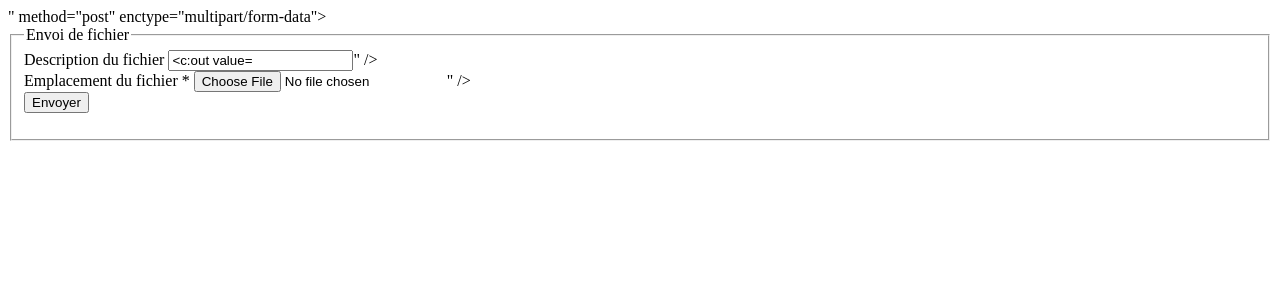
Repository: said-chafouai/LIMSAD-WebApplication
Page: http://localhost/pfe/WEB-INF/upload.jsp
These files come from the project's save history. The page is drawn as it stood at one moment and after the next save; the edit follows.
The browser window is 1280 px wide. The pictures show the whole page.
The page is served by Tomcat 9. Nobody is signed in. The template is opened directly, without the code that normally fills it, so the values that code supplies are empty.

Above is the page before, as saved 2018-06-02 12:40:16.

After the next save:
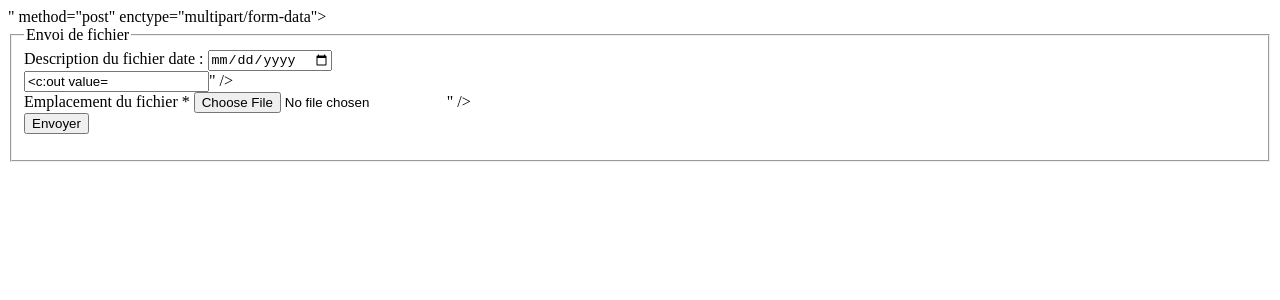
Saved 79 s later.
--- a/pfe/WebContent/WEB-INF/upload.jsp
+++ b/pfe/WebContent/WEB-INF/upload.jsp
@@ -14,6 +14,7 @@
 		<fieldset>
 			<legend>Envoi de fichier</legend>
 			<label for="description">Description du fichier</label>
+				 date : <input type="date" name="date"><br>
 				<input type="text" id="description" name="description" value="<c:out value="${fichier.description}"/>" />
 				<span style="color:red">${form.erreurs['description']}</span> <br />
 				<label for="fichier">Emplacement du fichier <span style="text-color:red">*</span></label>

After the save that followed:
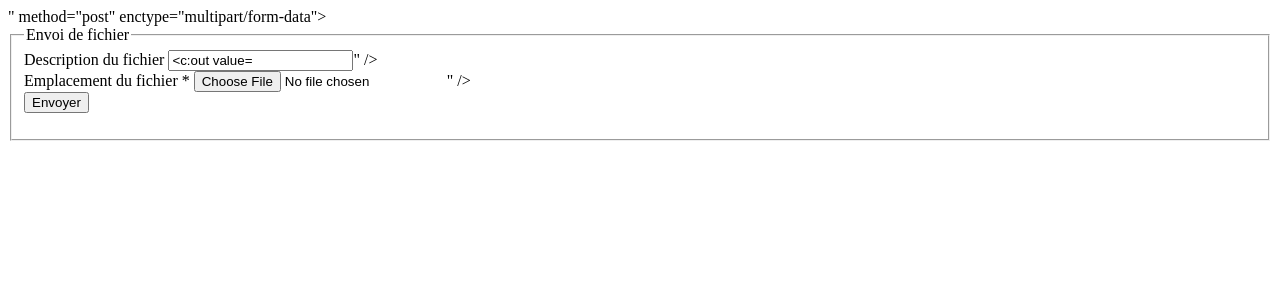
Saved 33 s later.
--- a/pfe/WebContent/WEB-INF/upload.jsp
+++ b/pfe/WebContent/WEB-INF/upload.jsp
@@ -14,7 +14,6 @@
 		<fieldset>
 			<legend>Envoi de fichier</legend>
 			<label for="description">Description du fichier</label>
-				 date : <input type="date" name="date"><br>
 				<input type="text" id="description" name="description" value="<c:out value="${fichier.description}"/>" />
 				<span style="color:red">${form.erreurs['description']}</span> <br />
 				<label for="fichier">Emplacement du fichier <span style="text-color:red">*</span></label>
